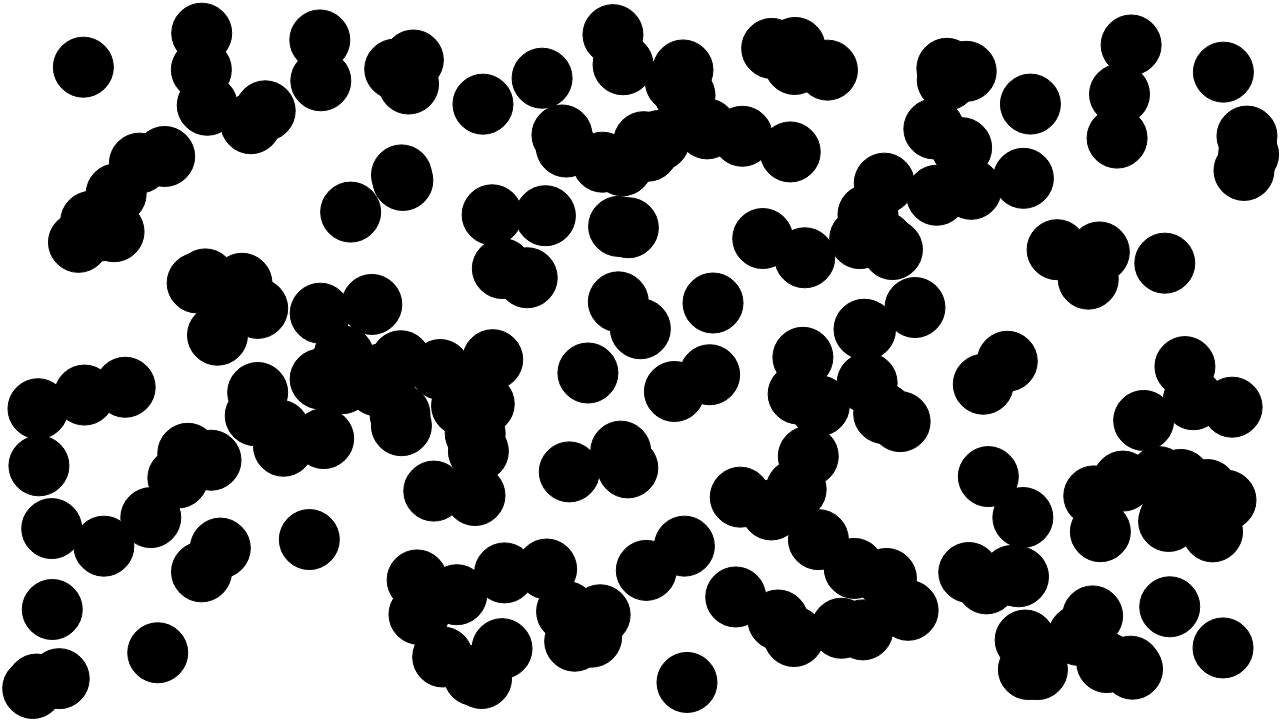
Repository: MikeTroianello/canvas-testing
Page: index.html
These files come from the project's save history. The page is drawn as it stood at one moment and after the next save; the edit follows.
The browser window is 1280 px wide. The pictures show the whole page.

Above is the page before, as saved 2019-06-05 14:19:53.

After the next save:
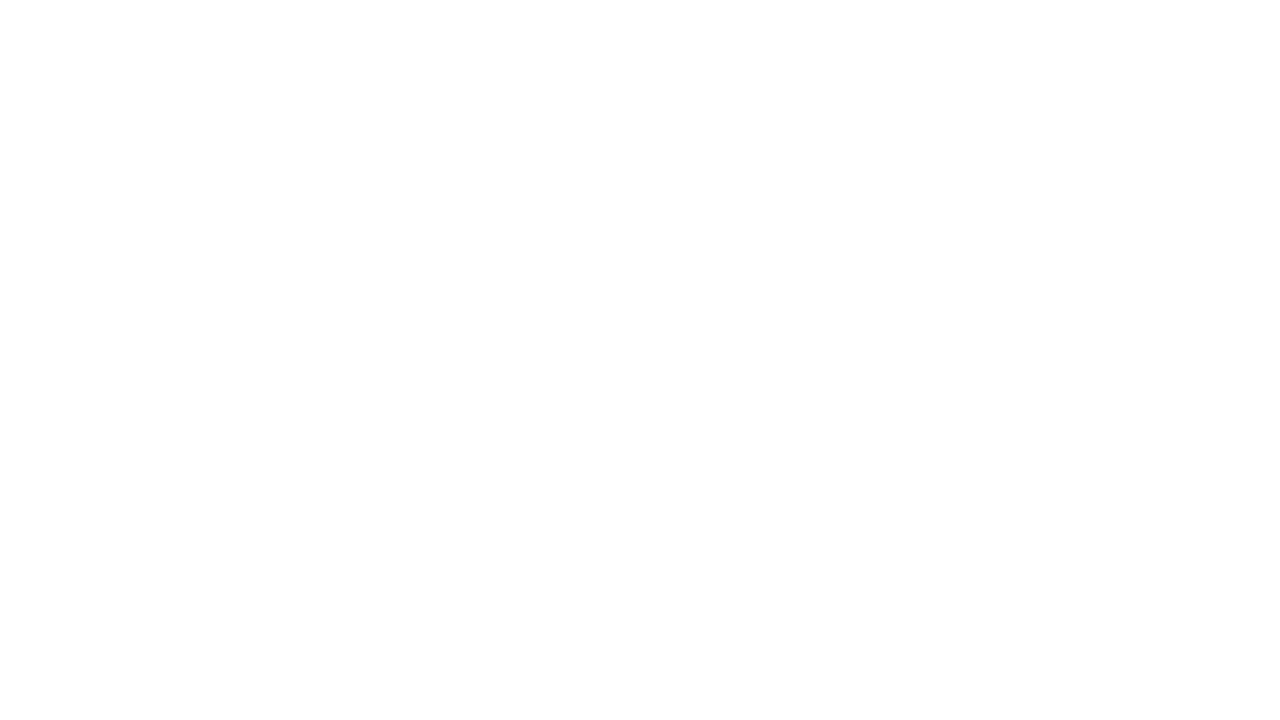
Console error: SyntaxError: missing ) after argument list
Saved 76 s later.
--- a/canvas.js
+++ b/canvas.js
@@ -51,6 +51,8 @@
       ctx.beginPath();
       ctx.arc(this.x, this.y, this.radius, 0, Math.PI * 2, false);
       ctx.strokeStyle = 'black';
+        ctx.strokeStyle = `rgba(${Math.floor(Math.random() * 255)},${Math.floor(
+    Math.random() * 255
       ctx.stroke();
       ctx.fill();
     };

After the save that followed:
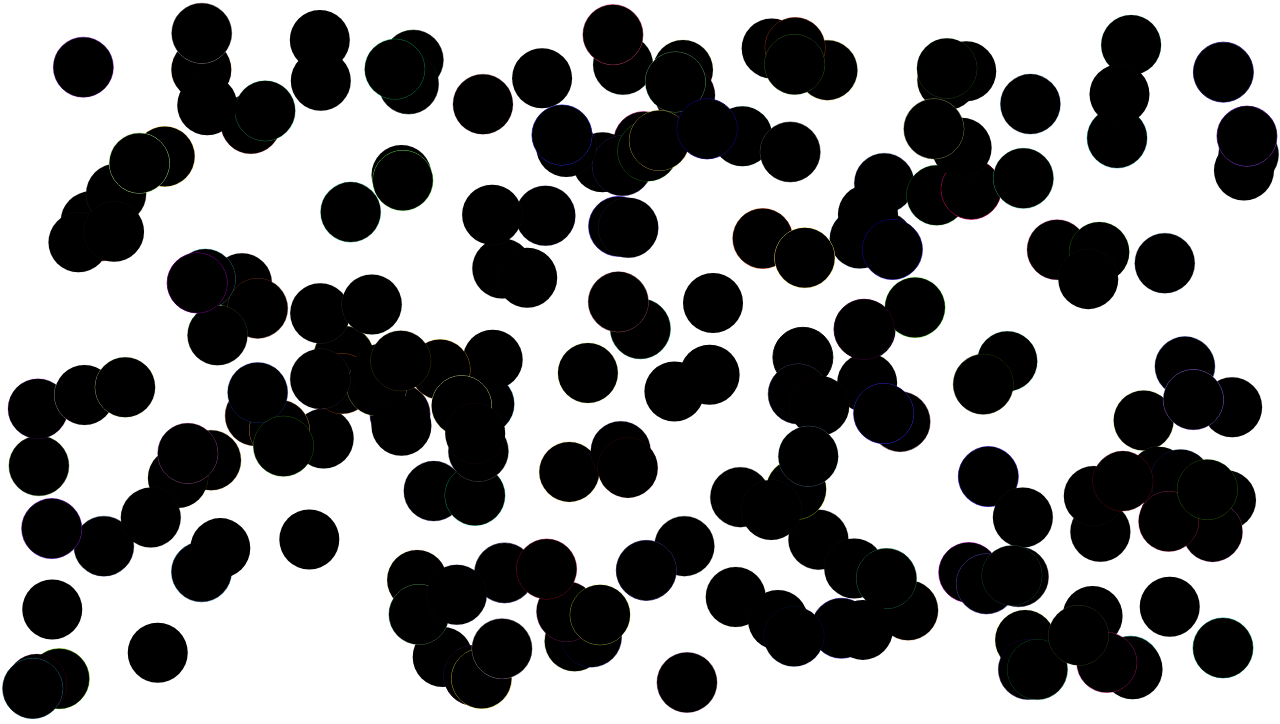
The error is gone.
Saved 31 s later.
--- a/canvas.js
+++ b/canvas.js
@@ -50,9 +50,10 @@
     this.draw = function() {
       ctx.beginPath();
       ctx.arc(this.x, this.y, this.radius, 0, Math.PI * 2, false);
-      ctx.strokeStyle = 'black';
-        ctx.strokeStyle = `rgba(${Math.floor(Math.random() * 255)},${Math.floor(
-    Math.random() * 255
+      ctx.strokeStyle = `rgba(${Math.floor(Math.random() * 255)},${Math.floor(
+        Math.random() * 255
+      )},${Math.floor(Math.random() * 255)}, ${Math.random()}`;
+
       ctx.stroke();
       ctx.fill();
     };
